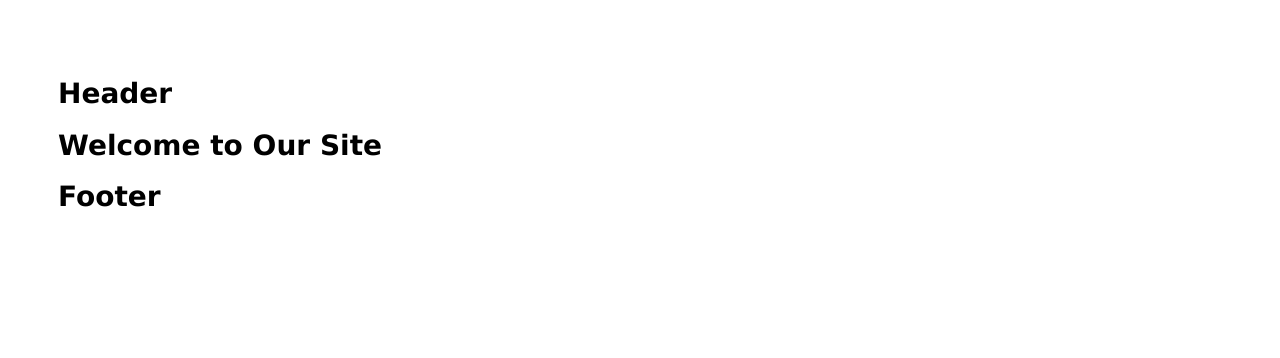
Repository: AndyLeeJP/COMP229Assignment2
Page: http://localhost/
An editor plug-in stored every save of this project. The page is shown before and after the next save, followed by the edit.
The browser window is 1280 px wide. The pictures show the whole page.
The page is served by the project's Node server (server.js).

Above is the page before, as saved 2021-06-02 21:37:42.

### views/index.ejs
<!DOCTYPE html>
<html>
  <head>
    <title><%= title %></title>
    <link rel='stylesheet' href='/stylesheets/style.css' />
  </head>
  <body>
    <header>
      <%- include("components/header.ejs"); %>
    </header>

    <main>
      <%- include("content/" + page + ".ejs"); %>
    </main>

    <footer>
      <%- include("components/footer.ejs"); %>
    </footer>
  </body>
</html>

### views/content/home.ejs
<h1>Welcome to Our Site</h1>

### server.js
/**
 * Module dependencies.
 */

var app = require('./app');
var debug = require('debug')('comp229assignment1:server');
var http = require('http');

/**
 * Get port from environment and store in Express.
 */

var port = normalizePort(process.env.PORT || '3000');
app.set('port', port);

/**
 * Create HTTP server.
 */

var server = http.createServer(app);

/**
 * Listen on provided port, on all network interfaces.
 */

server.listen(port);
server.on('error', onError);
server.on('listening', onListening);

/**
 * Normalize a port into a number, string, or false.
 */

function normalizePort(val) {
  var port = parseInt(val, 10);

  if (isNaN(port)) {
    // named pipe
    return val;
  }

  if (port >= 0) {
    // port number
    return port;
  }

  return false;
}

/**
 * Event listener for HTTP server "error" event.
 */

function onError(error) {
  if (error.syscall !== 'listen') {
    throw error;
  }

  var bind = typeof port === 'string'
    ? 'Pipe ' + port
    : 'Port ' + port;

  // handle specific listen errors with friendly messages
  switch (error.code) {
    case 'EACCES':
      console.error(bind + ' requires elevated privileges');
      process.exit(1);
      break;
    case 'EADDRINUSE':
      console.error(bind + ' is already in use');
      process.exit(1);
      break;
    default:
      throw error;
  }
}

/**
 * Event listener for HTTP server "listening" event.
 */

function onListening() {
  var addr = server.address();
  var bind = typeof addr === 'string'
    ? 'pipe ' + addr
    : 'port ' + addr.port;
  debug('Listening on ' + bind);
}

### routes/index.js
var express = require('express');
var router = express.Router();

/* GET home page. */
router.get('/', function(req, res, next) {
  res.render('index', { title: 'Express', page: 'home' });
});

router.get('/about', function(req, res, next) {
  res.render('index', { title: 'About Me', page: 'about' });
});

module.exports = router;

### app.js
var createError = require('http-errors');
var express = require('express');
var path = require('path');
var cookieParser = require('cookie-parser');
var logger = require('morgan');

var indexRouter = require('./routes/index');

var app = express();

// view engine setup
app.set('views', path.join(__dirname, 'views'));
app.set('view engine', 'ejs');

app.use(logger('dev'));
app.use(express.json());
app.use(express.urlencoded({ extended: false }));
app.use(cookieParser());
app.use(express.static(path.join(__dirname, 'public')));

app.use('/', indexRouter);

// catch 404 and forward to error handler
app.use(function(req, res, next) {
  next(createError(404));
});

// error handler
app.use(function(err, req, res, next) {
  // set locals, only providing error in development
  res.locals.message = err.message;
  res.locals.error = req.app.get('env') === 'development' ? err : {};

  // render the error page
  res.status(err.status || 500);
  res.render('error');
});

module.exports = app;

Loaded but not shown: views/components/header.ejs (common file); views/components/footer.ejs (common file); public/stylesheets/style.css (common file)

After the next save:
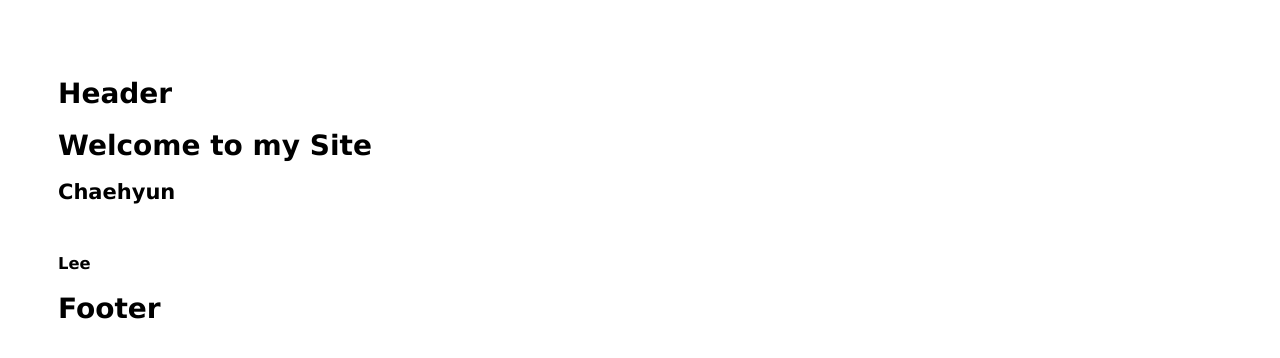
Saved 7 min 8 s later.
--- a/views/content/home.ejs
+++ b/views/content/home.ejs
@@ -1 +1,3 @@
-<h1>Welcome to Our Site</h1>
+<h1>Welcome to my Site</h1>
+<h2>Chaehyun</h2><br>
+<h3>Lee</h3>
